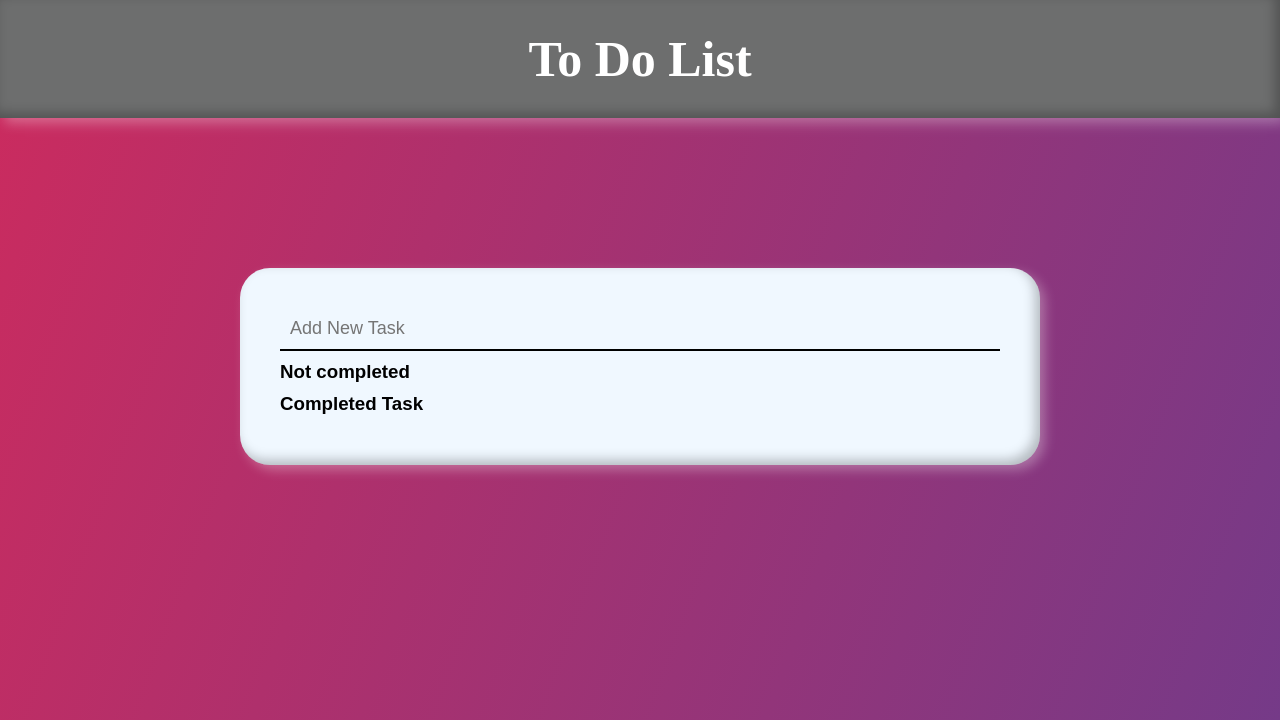
Repository: Mayur2905/OIBSIP
Page: Task-6/index.html
An editor plug-in stored every save of this project. The page is shown before and after the next save, followed by the edit.
The browser window is 1280 px wide. The pictures show the whole page.

Above is the page before, as saved 2022-02-05 22:07:11.

After the next save:
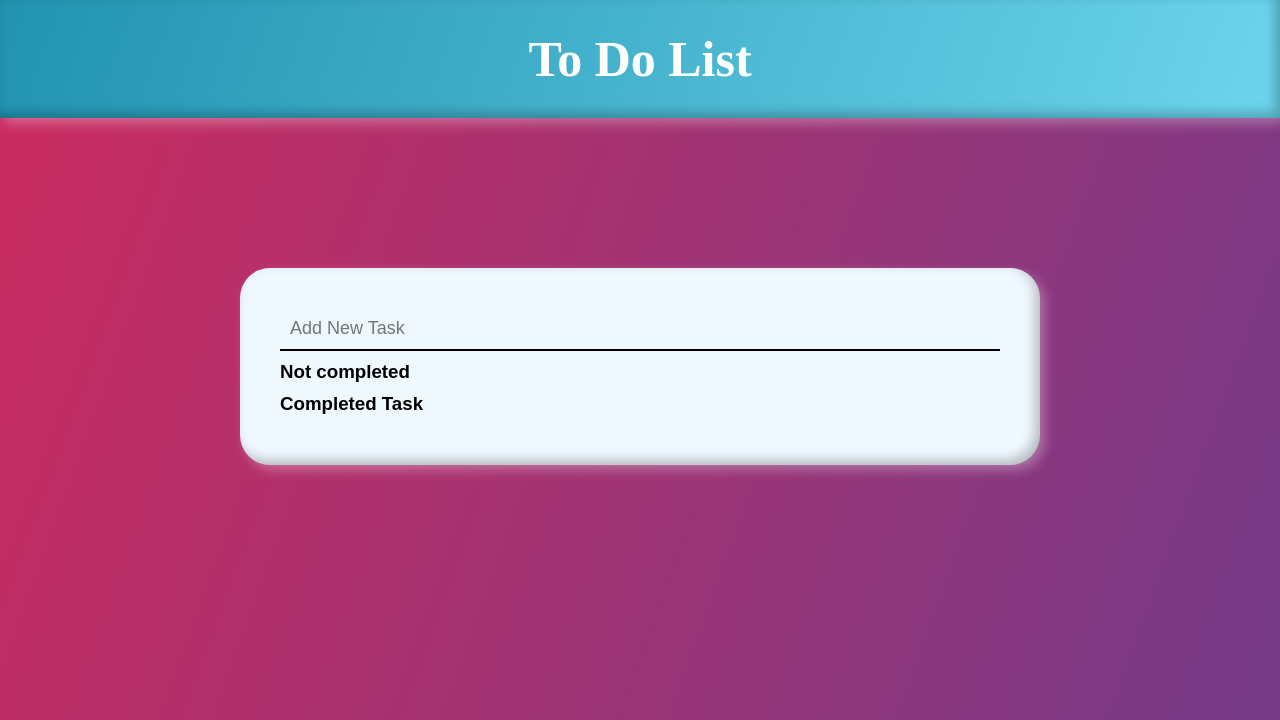
Saved 83 s later.
--- a/Task-6/style.css
+++ b/Task-6/style.css
@@ -10,7 +10,7 @@ body {
 }
 
 h1 {
-  background-color: rgb(109, 110, 110);
+  background-image: linear-gradient(110deg, #2193b0, #6dd5ed);
   padding: 30px;
   font-size: 50px;
   font-weight: 300px;
